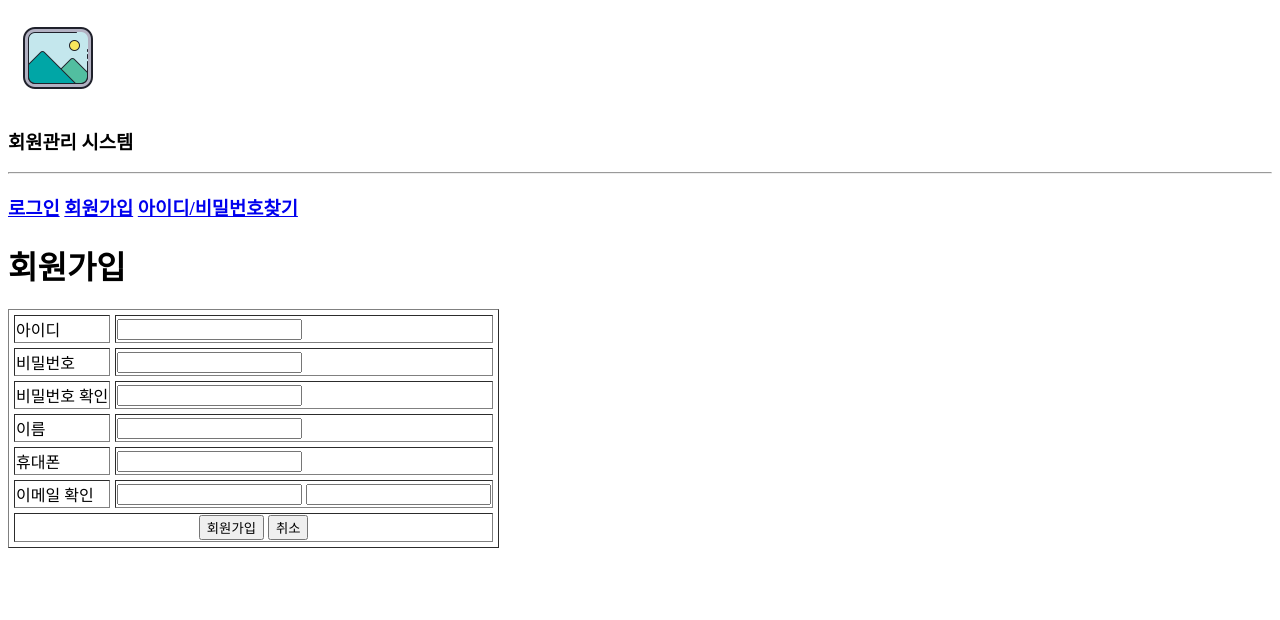
Repository: jelly02/workspace_web
Page: 02.html_form_table/src/main/webapp/joinMember.html
The author's editor kept a copy of each file at every save. The page is drawn from the files as they stood at one save, then again after the next save.
The browser window is 1280 px wide. The pictures show the whole page.

Above is the page before, as saved 2021-06-24 02:11:36.

After the next save:
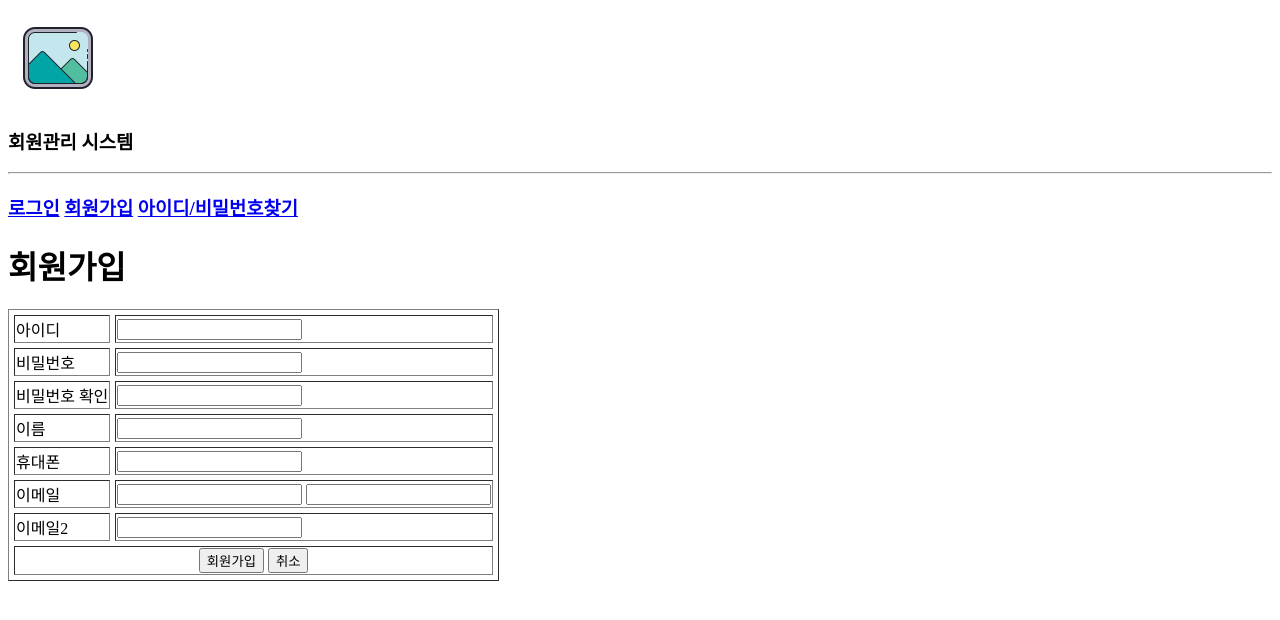
Saved 15 s later.
--- a/02.html_form_table/src/main/webapp/joinMember.html
+++ b/02.html_form_table/src/main/webapp/joinMember.html
@@ -51,11 +51,16 @@
 					</tr>
 
 					<tr>
-						<td>이메일 확인</td>
+						<td>이메일 </td>
 						<td>
 							<input type = "text" name="email1">
 							<input type = "text" name="email2">
 						</td>
+					</tr>
+
+					<tr>
+						<td>이메일2</td>
+						<td><input type = "password" name="mobile"></td>
 					</tr>
 
 
